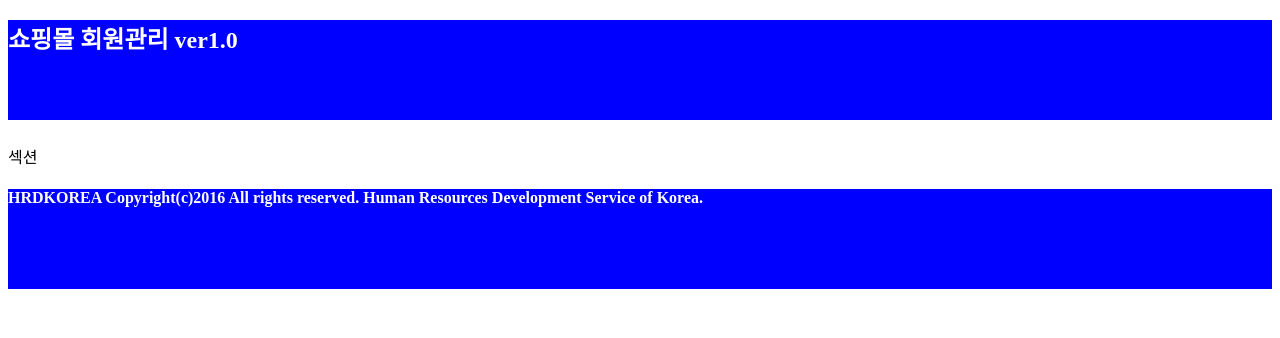
Repository: brightjy/Today-what-I-practiced
Page: http://localhost/HRD_7/
The author's editor kept a copy of each file at every save. The page is drawn from the files as they stood at one save, then again after the next save.
The browser window is 1280 px wide. The pictures show the whole page.
The page is served by Tomcat 9.

Above is the page before, as saved 2020-05-18 11:31:32.

After the next save:
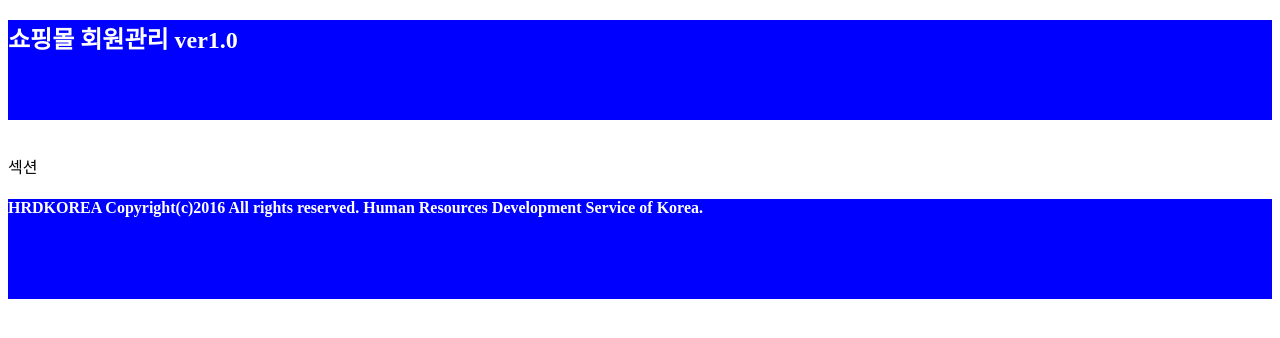
Saved 39 s later.
--- a/hrdkorea_0518/HRD_7/WebContent/view/header.jsp
+++ b/hrdkorea_0518/HRD_7/WebContent/view/header.jsp
@@ -9,6 +9,7 @@
 <style>
 header, footer{background-color:blue; height:100px;}
 h2, h4, a{color:white;}
+nav{padding:5px 0 5px 30px;}
 </style>
 </head>
 <body>
